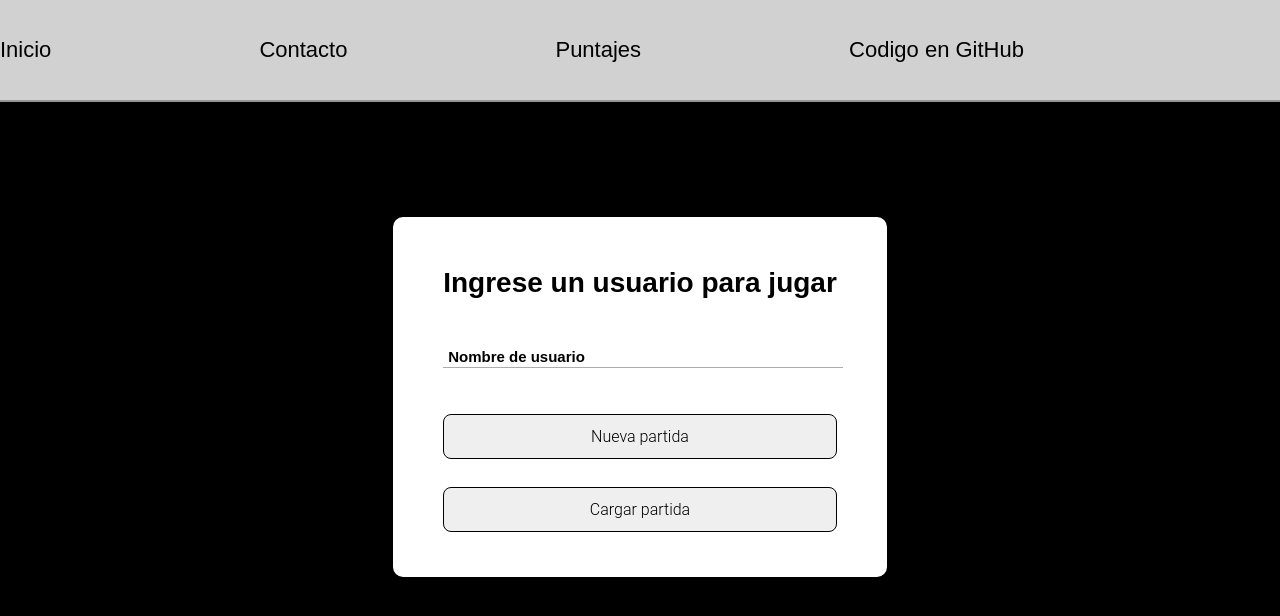
Repository: FacundoKinderknecht/FacundoKinderknecht_Wordle_Game_LPPA
Page: index.html
An editor plug-in stored every save of this project. The page is shown before and after the next save, followed by the edit.
The browser window is 1280 px wide. The pictures show the whole page.

Above is the page before, as saved 2023-08-08 02:54:12.

After the next save:
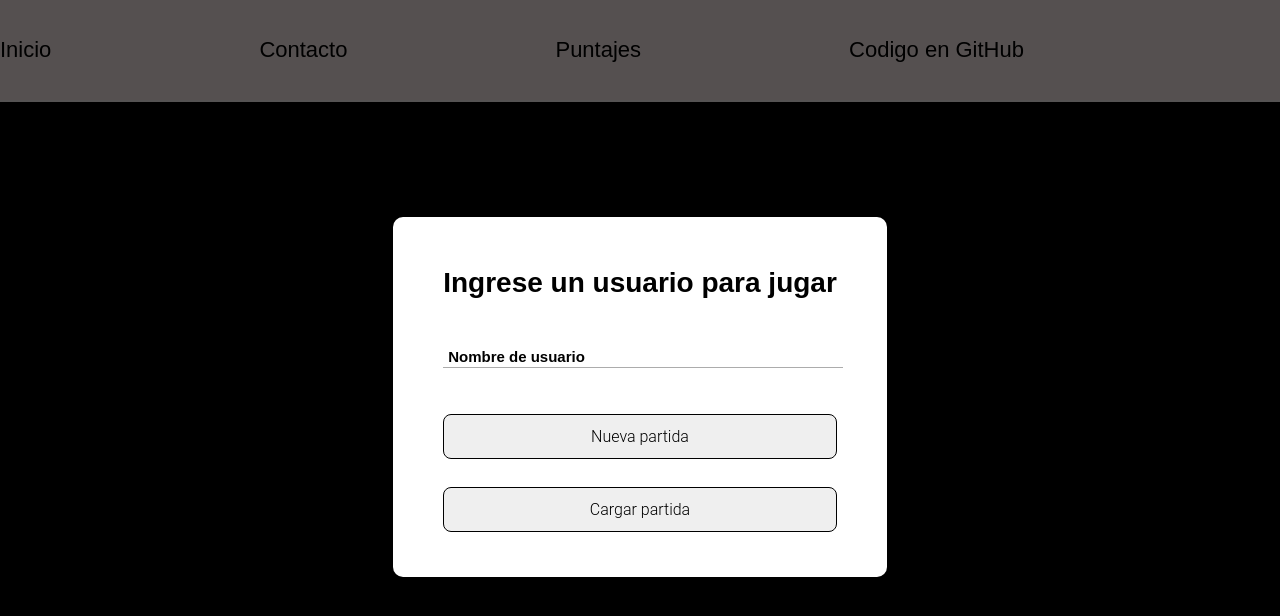
Saved 17 s later.
--- a/css/styles.css
+++ b/css/styles.css
@@ -13,7 +13,7 @@ header{
     display: flex;
     justify-content: justify-content;
     align-items: center;
-    background-color: rgb(209, 209, 209);
+    background-color: rgb(85, 80, 80);
     border-bottom: 2px solid rgb(87, 87, 87, 0.49);
 }
 
